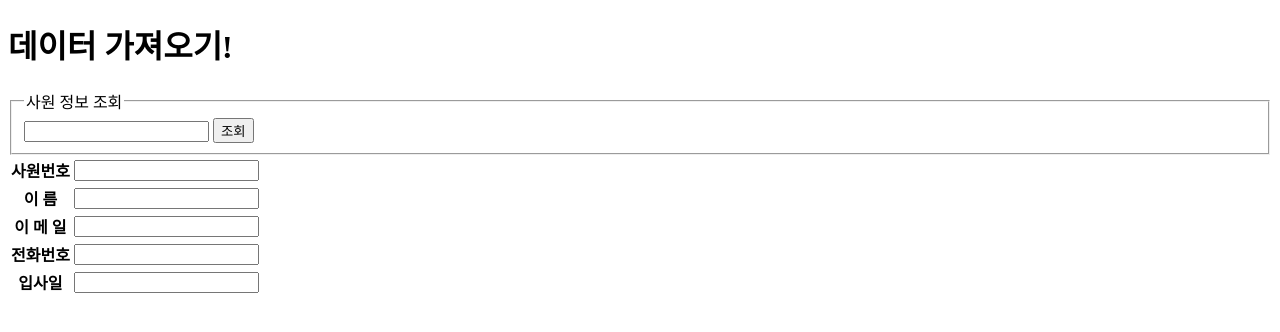
Repository: whdkwhdk90/JAVA
Page: 실습 코드/7. AJAX/UI_JQ_Ajax/WebContent/jq09_ajax.html
These files come from the project's save history. The page is drawn as it stood at one moment and after the next save; the edit follows.
The browser window is 1280 px wide. The pictures show the whole page.

Above is the page before, as saved 2020-06-22 03:52:19.

After the next save:
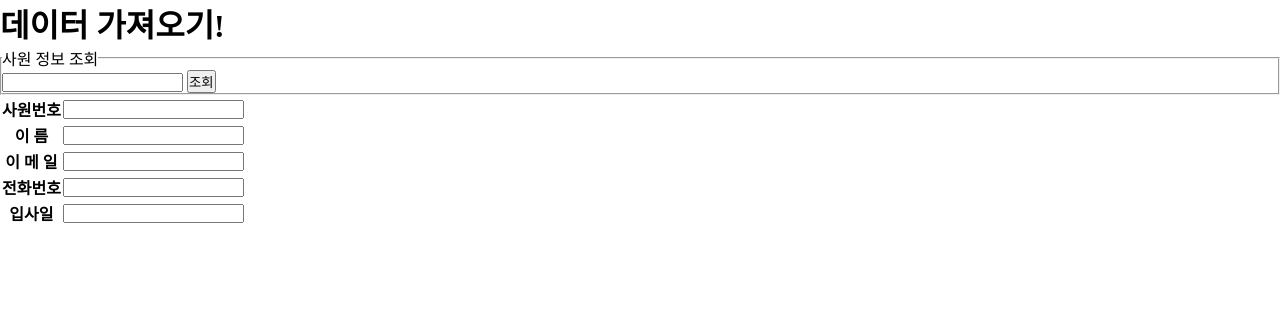
Saved 12 min 30 s later.
--- a/실습 코드/7. AJAX/UI_JQ_Ajax/WebContent/jq09_ajax.html
+++ b/실습 코드/7. AJAX/UI_JQ_Ajax/WebContent/jq09_ajax.html
@@ -3,6 +3,12 @@
 <head>
 <meta charset="UTF-8">
 <title>Insert title here</title>
+<style type="text/css">
+	*{
+		margin : 0px;
+		padding : 0px;
+	}
+</style>
 </head>
 <body>
 	<h1>데이터 가져오기!</h1>
